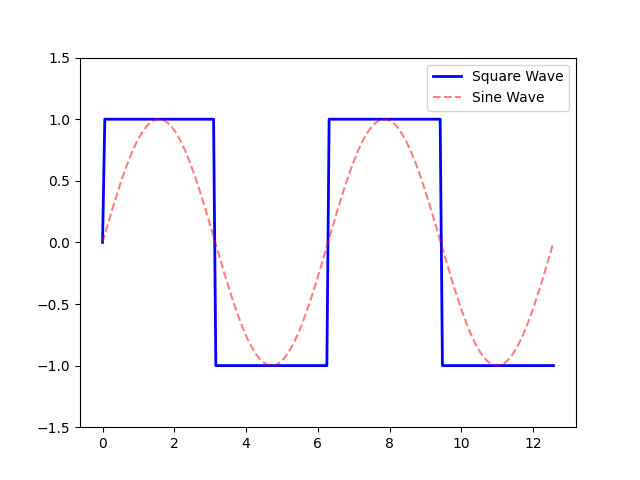
Repository: khulqu15/drone_smc_copppelia
Script's output: python py/realtime.py
These files come from the project's save history. The script's output is drawn as it stood at one moment and after the next save; the edit follows.
Animations are shown at an early frame. Random numbers start from a fixed seed.

Above is the script's output before, as saved 2024-06-24 00:45:57.

After the next save:
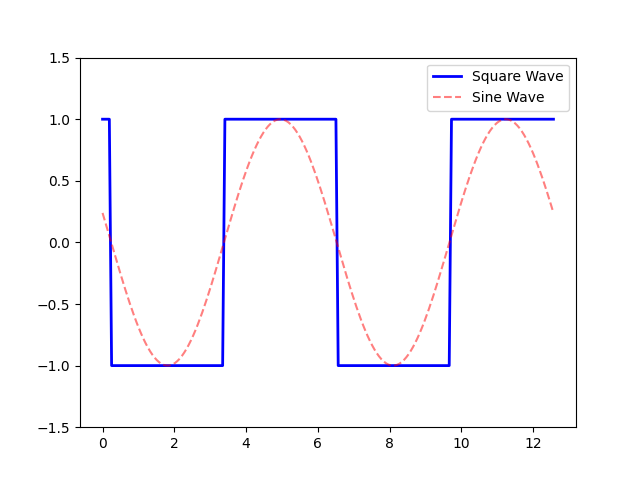
Saved 90 s later.
--- a/py/realtime.py
+++ b/py/realtime.py
@@ -1,27 +1,34 @@
 import numpy as np
 import matplotlib.pyplot as plt
-from matplotlib.animation import FuncAnimation
 
+# Initialize parameters and plot
 x_len = 200
 y_range = [-1.5, 1.5]
-
-fig, ax = plt.subplots()
 xs = np.linspace(0, 4 * np.pi, x_len)
 ys = np.sin(xs)
 square_ys = np.sign(ys)
+
+plt.ion()  # Turn on interactive mode
+fig, ax = plt.subplots()
 ax.set_ylim(y_range)
 
 line, = ax.plot(xs, square_ys, 'b-', linewidth=2, label='Square Wave')
 sine_line, = ax.plot(xs, ys, 'r--', alpha=0.5, label='Sine Wave')
 ax.legend()
 
-def update(frame):
-    ys = np.sin(xs + frame / 10)
-    square_ys = np.sign(ys)
+frame = 0
+try:
+    while True:
+        ys = np.sin(xs + frame / 10)
+        square_ys = np.sign(ys)
 
-    line.set_ydata(square_ys)
-    sine_line.set_ydata(ys)
-    return line, sine_line
+        line.set_ydata(square_ys)
+        sine_line.set_ydata(ys)
 
-ani = FuncAnimation(fig, update, frames=np.arange(0, 400, 1), interval=50, blit=True)
-plt.show()
+        fig.canvas.draw()
+        fig.canvas.flush_events()
+        plt.pause(0.05)  # Pause for a bit, to control the update rate
+
+        frame += 1
+except KeyboardInterrupt:
+    print("Stopped animation.")
